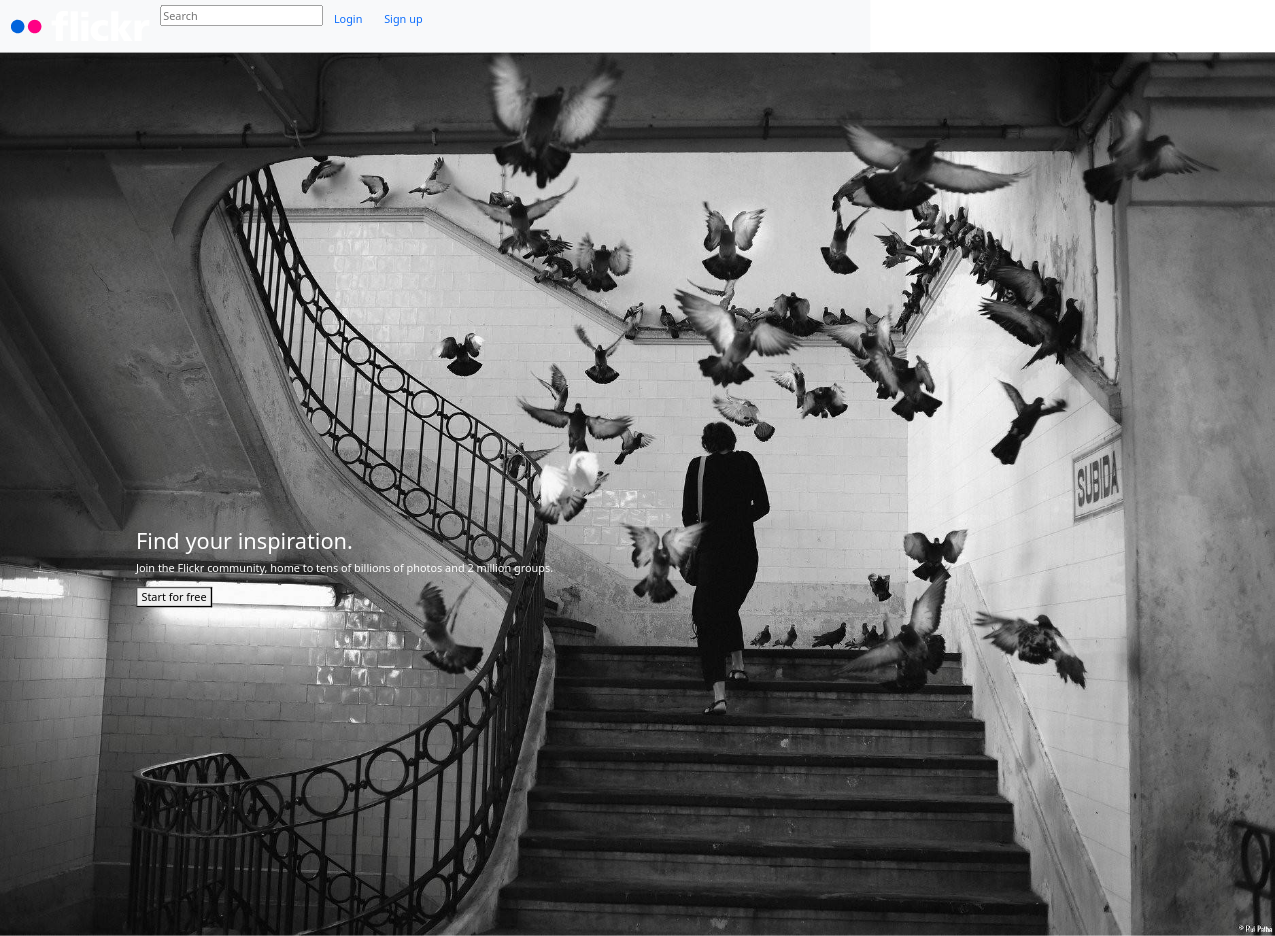
Repository: Alphosmart/LEVEL_1
Page: index.html
The author's editor kept a copy of each file at every save. The page is drawn from the files as they stood at one save, then again after the next save.
The browser window is 1280 px wide. The page is 1875 px wide, so the pictures cover 1875 px, including what lies to the right of the window. The pictures show the whole page, at 68% of full size.

Above is the page before, as saved 2024-06-03 10:00:58.

After the next save:
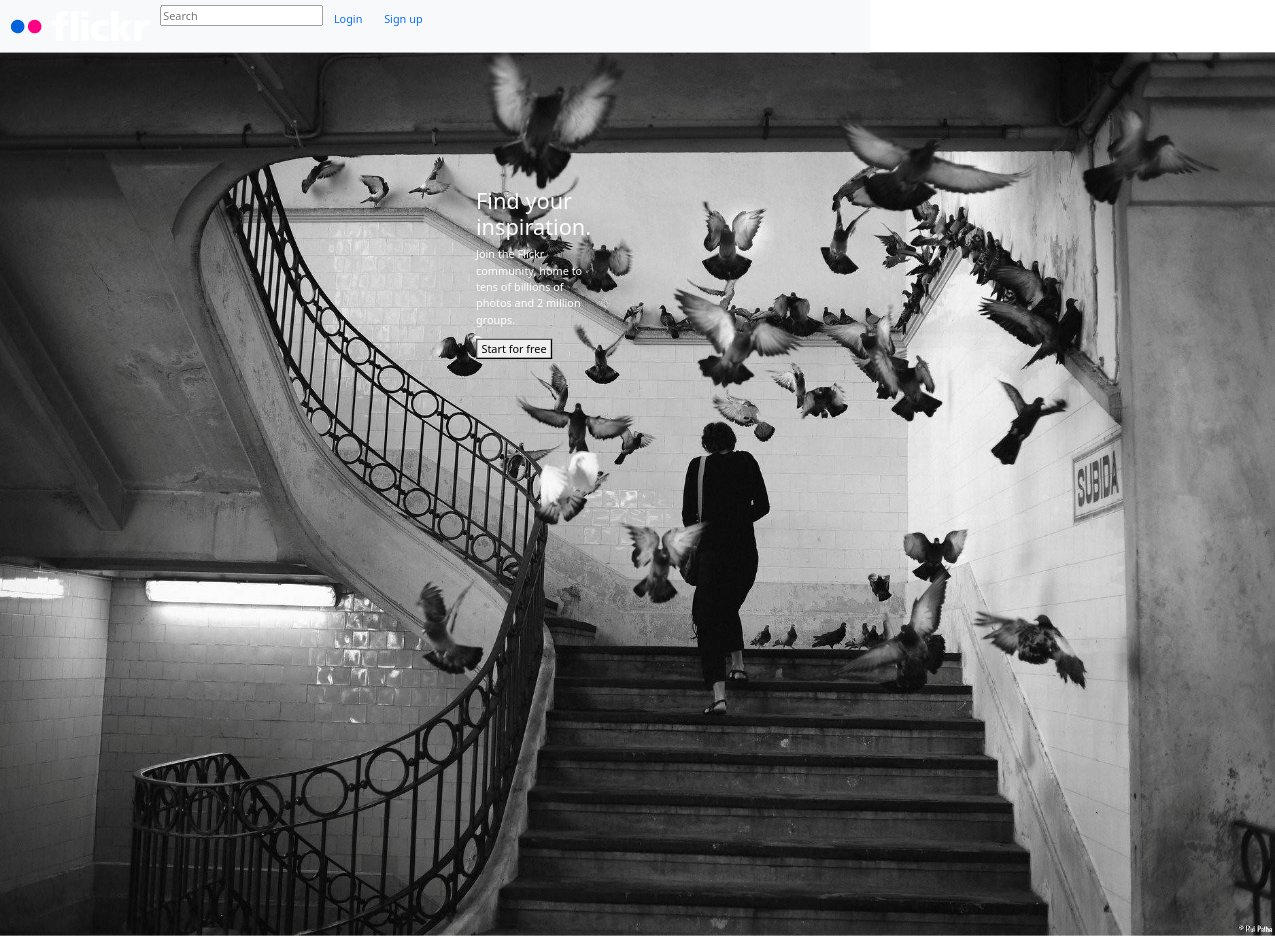
Saved 22 s later.
--- a/index.html
+++ b/index.html
@@ -28,7 +28,7 @@
       <div
         style="
           position: absolute;
-          margin: 700px 200px;
+          margin: 200px 700px;
           padding: 100px
           align-items: center;
           color: white;
